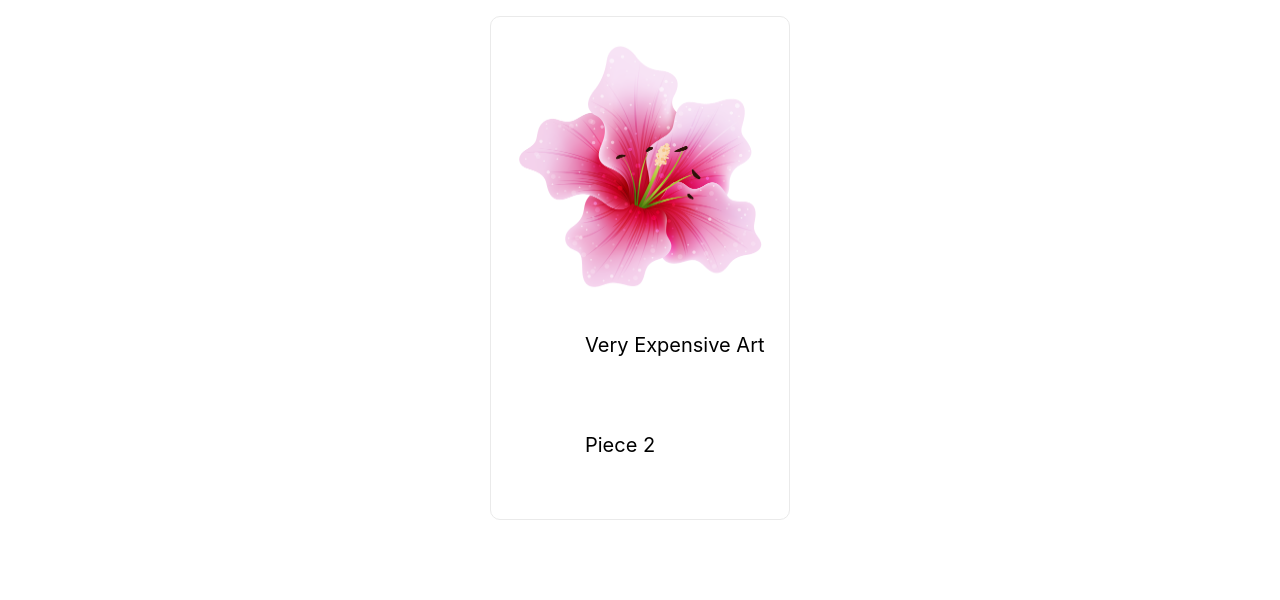
Repository: DakshJ1/stripe-nextjs
Page: /
These files come from the project's save history. The page is drawn as it stood at one moment and after the next save; the edit follows.
The browser window is 1280 px wide. The pictures show the part of the page from y = 538 to 1138 px (the page is 1138 px tall before and 1002 px after).
The project was rebuilt for these pictures with package versions that can differ from the ones it lists, and the page was loaded fresh each time. The framework's server and built-in components were replaced by stand-ins that run in the browser. Also part of the build but not shown: next.config.js.

Above is the page before, as saved 2022-07-13 16:48:31.

### pages/index.js
import Head from 'next/head'
import Image from 'next/image'
import styles from '../styles/Home.module.css'

export default function Home() {
  return (
    <div className={styles.container}>
      <Head>
        <title>Physical NFTs</title>
        <meta name="description" content="Generated by create next app" />
        <link rel="icon" href="/favicon.ico" />
      </Head>

      <main className={styles.main}>
        <h1 className={styles.title}>
          Buy My Physical NFTs
        </h1>
        <div className={styles.grid}>
            <Image src="/Images/NFT 1.png" alt="NFT" width={400} height={400}/>
            <p>Very Expensive Art Piece 1</p>
          <a href="https://nextjs.org/docs" className={styles.card}>
            <Image src="/Images/NFT 2.png" alt="NFT" width={400} height={400}/>
            <p>Very Expensive Art Piece 2</p>
          </a>
        </div>
      </main>
    </div>
  )
}

### styles/Home.module.css
.container {
  padding: 0 2rem;
}

.main {
  min-height: 100vh;
  padding: 4rem 0;
  flex: 1;
  display: flex;
  flex-direction: column;
  justify-content: center;
  align-items: center;
}

.footer {
  display: flex;
  flex: 1;
  padding: 2rem 0;
  border-top: 1px solid #eaeaea;
  justify-content: center;
  align-items: center;
}

.footer a {
  display: flex;
  justify-content: center;
  align-items: center;
  flex-grow: 1;
}

.title a {
  color: #0070f3;
  text-decoration: none;
}

.title a:hover,
.title a:focus,
.title a:active {
  text-decoration: underline;
}

.title {
  margin: 0;
  line-height: 1.15;
  font-size: 4rem;
}

.title,
.description {
  text-align: center;
}

.description {
  margin: 4rem 0;
  line-height: 1.5;
  font-size: 1.5rem;
}

.code {
  background: #fafafa;
  border-radius: 5px;
  padding: 0.75rem;
  font-size: 1.1rem;
  font-family: Menlo, Monaco, Lucida Console, Liberation Mono, DejaVu Sans Mono,
    Bitstream Vera Sans Mono, Courier New, monospace;
}

.grid {
  display: flex;
  align-items: center;
  justify-content: center;
  flex-wrap: wrap;
  max-width: 800px;
}

.card {
  margin: 1rem;
  padding: 1.5rem;
  text-align: left;
  color: inherit;
  text-decoration: none;
  border: 1px solid #eaeaea;
  border-radius: 10px;
  transition: color 0.15s ease, border-color 0.15s ease;
  max-width: 300px;
}

.card:hover,
.card:focus,
.card:active {
  color: #0070f3;
  border-color: #0070f3;
}

.card h2 {
  margin: 0 0 1rem 0;
  font-size: 1.5rem;
}

.card p {
  margin: 0;
  font-size: 1.25rem;
  line-height: 5;
  margin-left: 70px;
}

.logo {
  height: 1em;
  margin-left: 0.5rem;
}

@media (max-width: 600px) {
  .grid {
    width: 100%;
    flex-direction: column;
  }
}

Loaded but not shown: pages/_app.js (common file); styles/globals.css (common file)

After the next save:
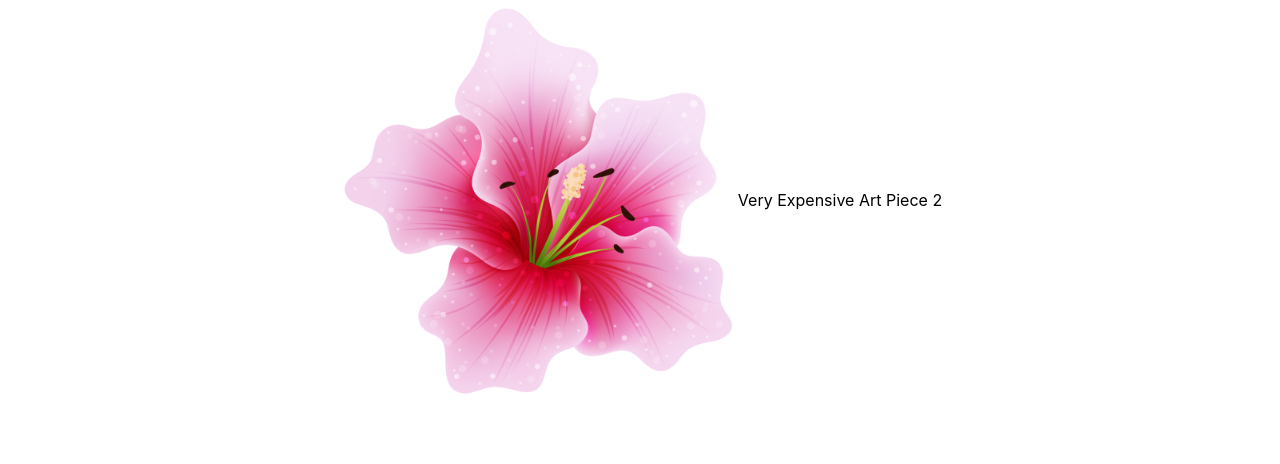
Saved 14 s later.
--- a/pages/index.js
+++ b/pages/index.js
@@ -18,10 +18,8 @@ export default function Home() {
         <div className={styles.grid}>
             <Image src="/Images/NFT 1.png" alt="NFT" width={400} height={400}/>
             <p>Very Expensive Art Piece 1</p>
-          <a href="https://nextjs.org/docs" className={styles.card}>
             <Image src="/Images/NFT 2.png" alt="NFT" width={400} height={400}/>
             <p>Very Expensive Art Piece 2</p>
-          </a>
         </div>
       </main>
     </div>
